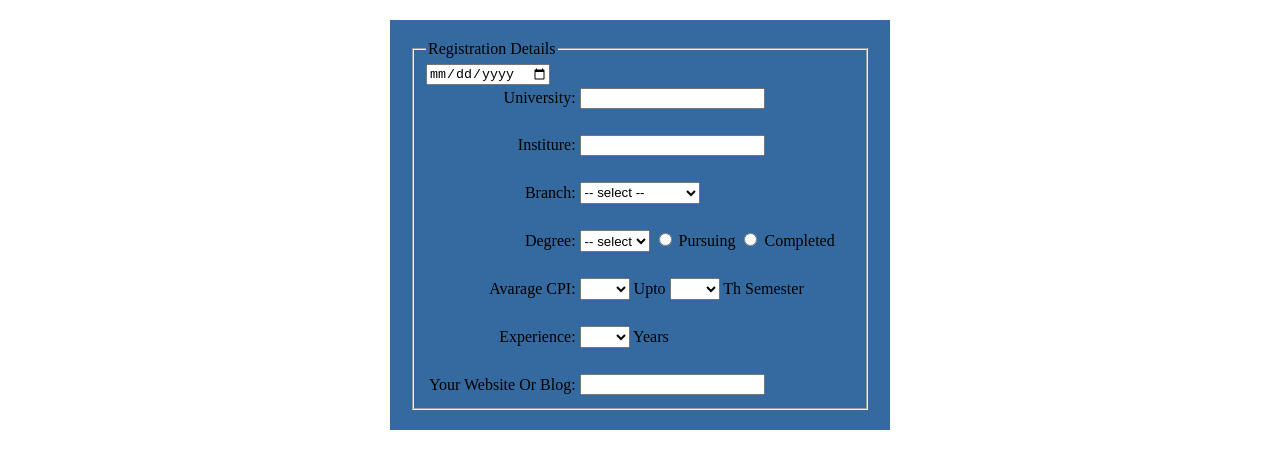
Repository: Helianthusss/Learn-CPP
Page: HTML/lap2/bai5.html
An editor plug-in stored every save of this project. The page is shown before and after the next save, followed by the edit.
The browser window is 1280 px wide. The pictures show the whole page.

Above is the page before, as saved 2021-10-10 13:33:01.

After the next save:
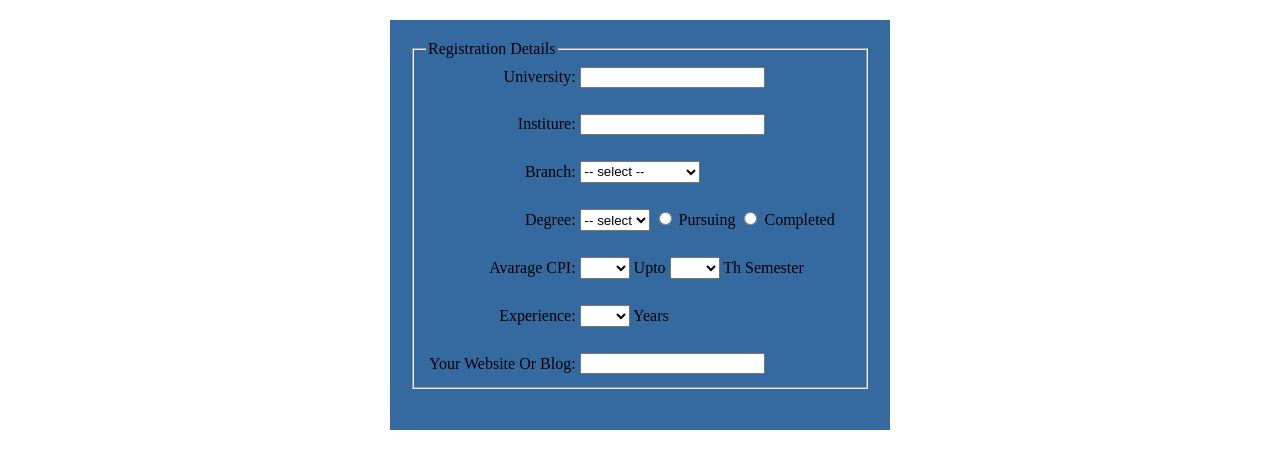
Saved 21 s later.
--- a/HTML/lap2/bai5.html
+++ b/HTML/lap2/bai5.html
@@ -82,7 +82,7 @@
             </tr>
             <tr>
                 <td class="ps">Avarage CPI: </td>
-                <input type="date" name="depart"/>
+
                 <td>
                     <select name="united" style="width: 50px; height: 22px">
                     <option selected="1" value=""></option>
